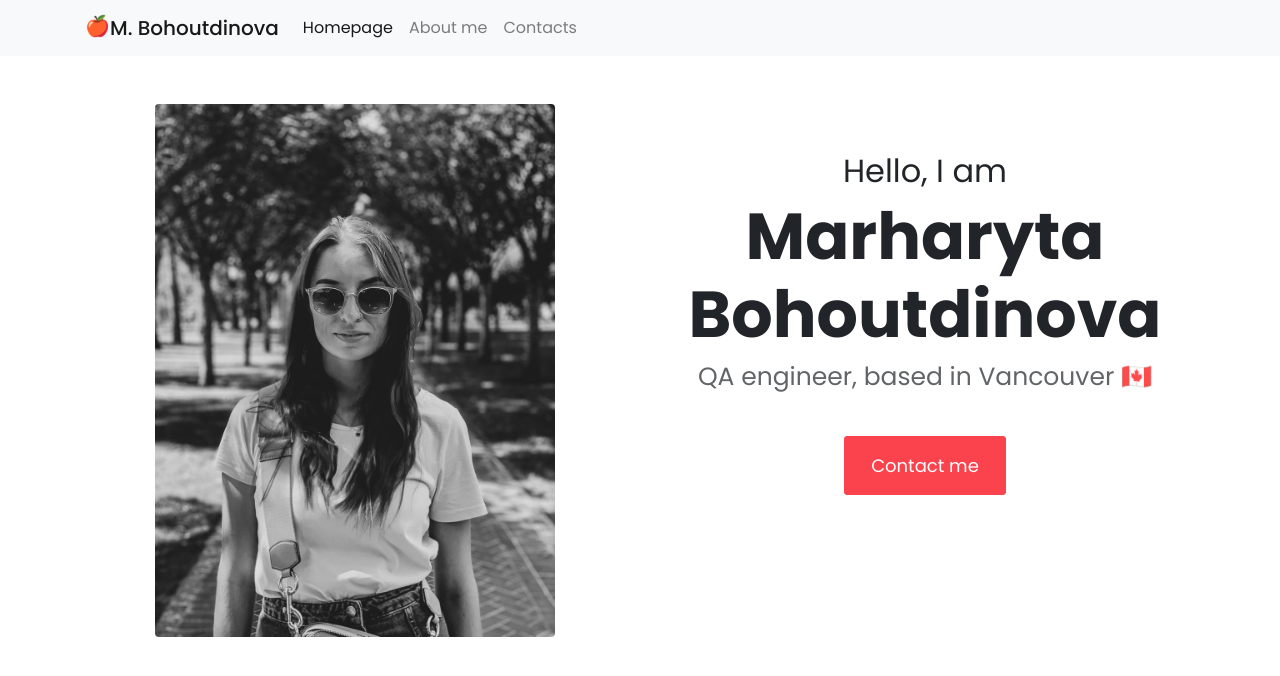
Repository: Bohoutdinova/Portfolio_week-4
Page: index.html
The author's editor kept a copy of each file at every save. The page is drawn from the files as they stood at one save, then again after the next save.
The browser window is 1280 px wide. The pictures show the whole page.

Above is the page before, as saved 2022-08-11 18:23:52.

After the next save:
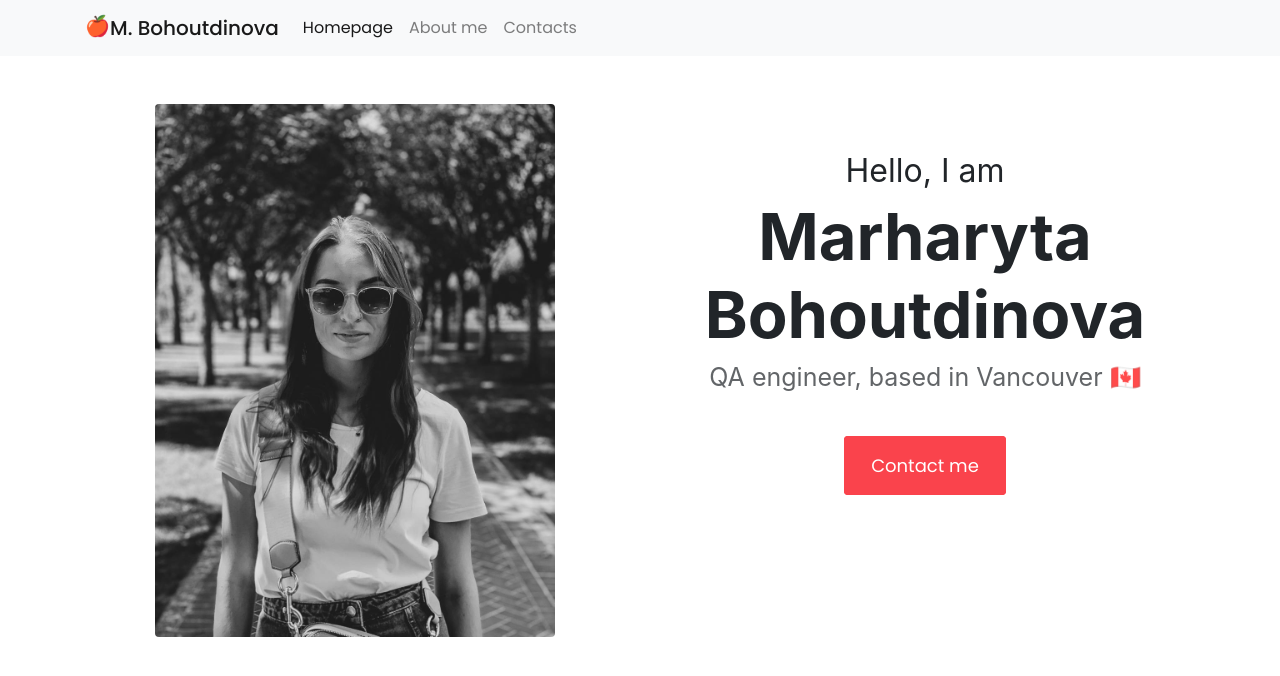
Saved 50 s later.
--- a/src/style.css
+++ b/src/style.css
@@ -26,17 +26,17 @@
 .hero-page {
   text-align: center;
 }
+h1 h2 h3 {
+  font-family: var(--main-family-font);
+}
 h2 {
-  font-family: var(--main-family-font);
   font-weight: 400;
 }
 h1 {
-  font-family: var(--main-family-font);
   font-weight: 700;
   font-size: 65px;
 }
 h3 {
-  font-family: var(--main-family-font);
   font-size: 25px;
   font-weight: 400;
   opacity: 70%;
